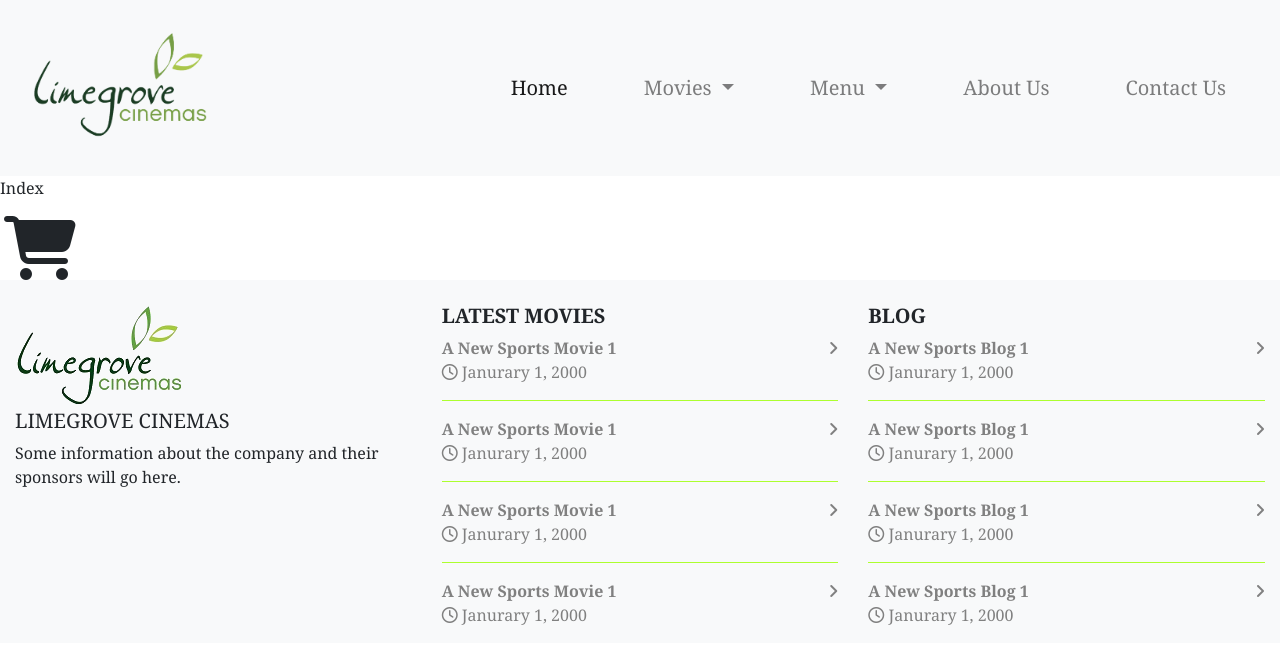
Repository: SimplyZacc/movie-web-template
Page: http://localhost/
These files come from the project's save history. The page is drawn as it stood at one moment and after the next save; the edit follows.
The browser window is 1280 px wide. The pictures show the whole page.
Some web libraries are served in a nearby version. The page is run by PHP 8.4 with error messages shown; the project is at /var/www/html/.

Above is the page before, as saved 2020-05-09 19:31:59.

After the next save:
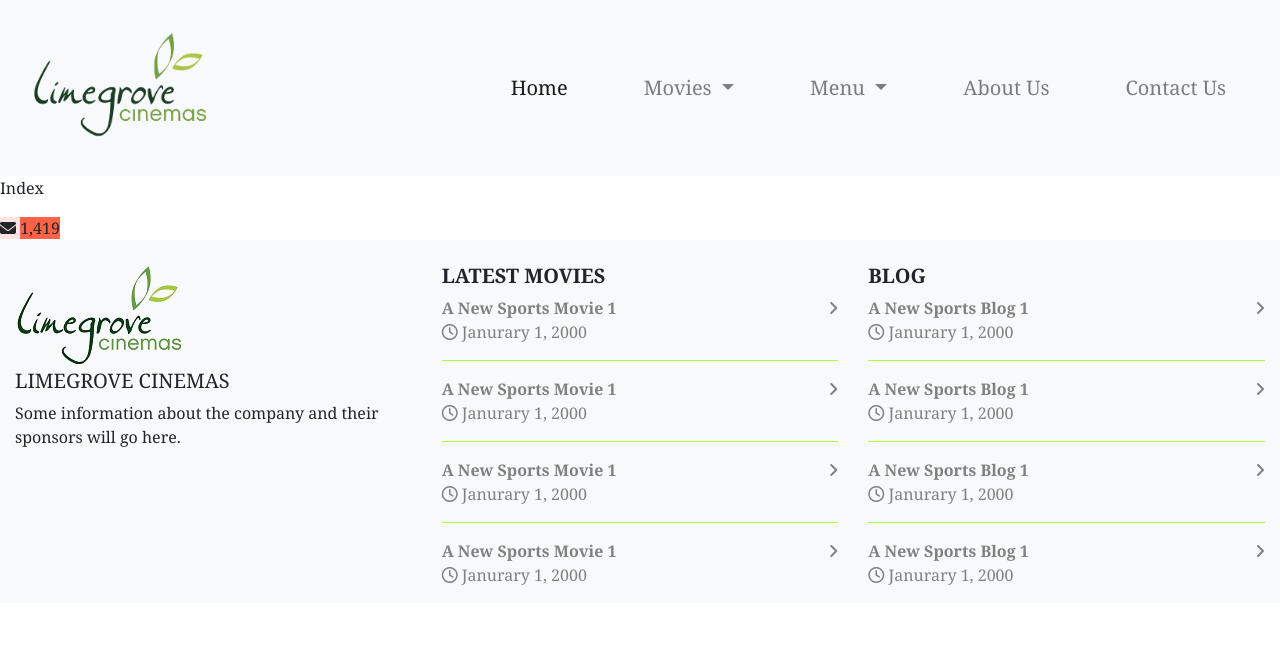
Saved 12 s later.
--- a/index.php
+++ b/index.php
@@ -6,9 +6,9 @@ include "templates/header.php";
 ?>
 
 <p class="">Index</p>
-<span class="fa-stack fa-2x has-badge" data-count="5">
-  <i class="fa fa-circle fa-stack-2x fa-inverse"></i>
-  <i style="" class="fa fa-shopping-cart fa-stack-2x red-cart"></i>
-</span>
+<span class="fa-layers fa-fw" style="background:MistyRose">
+    <i class="fas fa-envelope"></i>
+    <span class="fa-layers-counter" style="background:Tomato">1,419</span>
+  </span>
 
 <?php include "templates/footer.php";?>
